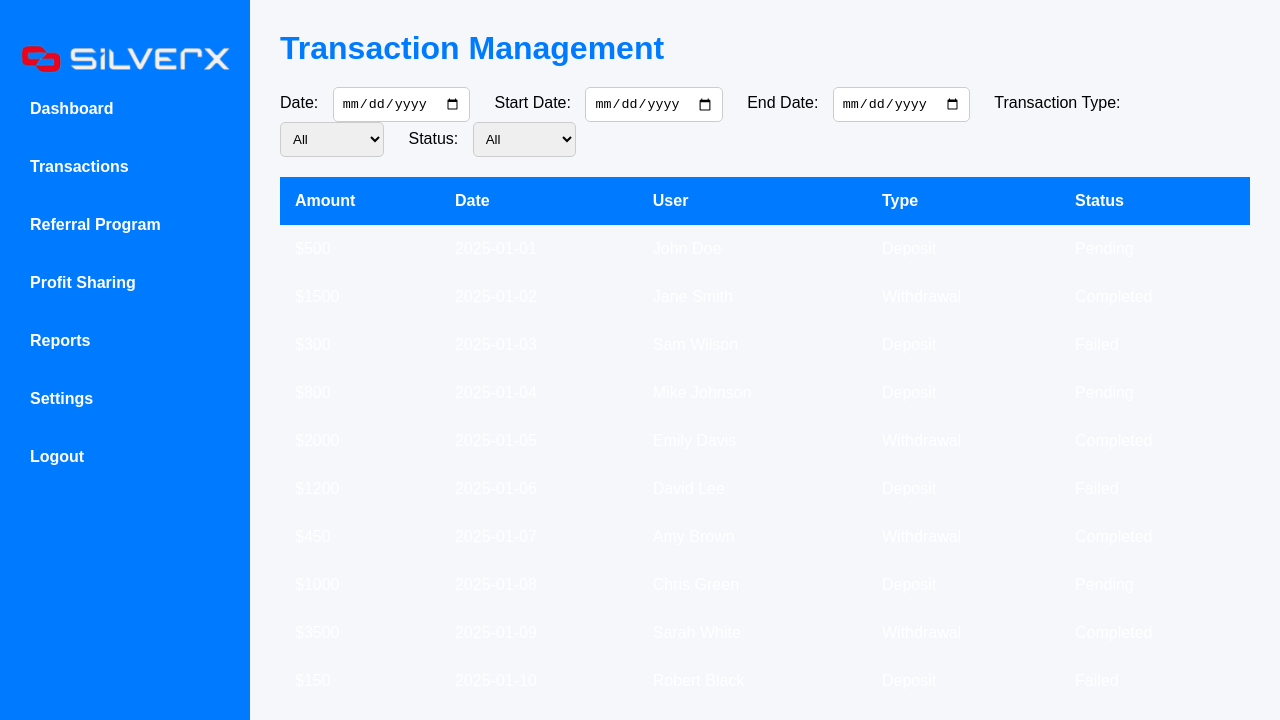
Repository: 2025silverx/slivedrX
Page: index2.html
These files come from the project's save history. The page is drawn as it stood at one moment and after the next save; the edit follows.
The browser window is 1280 px wide. The pictures show the whole page.
An inner scrolling area shows only its first screen.

Above is the page before, as saved 2025-01-19 20:24:07.

### index2.html
<!DOCTYPE html>
<html lang="en">
<head>
    <meta charset="UTF-8">
    <meta name="viewport" content="width=device-width, initial-scale=1.0">
    <title>Transaction Management - Admin Panel</title>
    <link rel="stylesheet" href="style2.css">
</head>
<body>
    <div id="sidebar-container">
        <div class="sidebar">
            <img src="images/logo.png" alt="Sidebar Logo" class="sidebar-logo">
            <ul class="sidebar-links">
                <li><a href="index.html" class="sidebar-link" data-target="dashboard">Dashboard</a></li>
                <li><a href="index2.html" class="sidebar-link" data-target="transactions">Transactions</a></li>
                <li><a href="indesx3.html" class="sidebar-link" data-target="reports">Referral Program</a></li>
                <li><a href="index4.html" class="sidebar-link" data-target="users">Profit Sharing</a></li>
                <li><a href="index5.html" class="sidebar-link" data-target="reports">Reports</a></li>
                <li><a href="setting.html" class="sidebar-link" data-target="settings">Settings</a></li>
                <li><a href="login.html" class="sidebar-link" data-target="logout">Logout</a></li>
            </ul>
        </div>
    </div>
    <div class="main-content">
        <h1>Transaction Management</h1>
        <div class="filters">
            <label>Date: </label>
            <input type="date" id="dateFilter">
            <label>Start Date: </label>
            <input type="date" id="startDateFilter">
            <label>End Date: </label>
            <input type="date" id="endDateFilter">
            <label>Transaction Type: </label>
            <select id="typeFilter">
                <option value="all">All</option>
                <option value="deposit">Deposit</option>
                <option value="withdrawal">Withdrawal</option>
            </select>
            <label>Status: </label>
            <select id="statusFilter">
                <option value="all">All</option>
                <option value="pending">Pending</option>
                <option value="completed">Completed</option>
                <option value="failed">Failed</option>
            </select>
        </div>

        <table>
            <thead>
                <tr>
                    <th>Amount</th>
                    <th>Date</th>
                    <th>User</th>
                    <th>Type</th>
                    <th>Status</th>
                </tr>
            </thead>
            <tbody id="transactionTable">
                <tr class="pending">
                    <td>$500</td>
                    <td>2025-01-01</td>
                    <td>John Doe</td>
                    <td>Deposit</td>
                    <td>Pending</td>
                </tr>
                <tr class="completed">
                    <td>$1500</td>
                    <td>2025-01-02</td>
                    <td>Jane Smith</td>
                    <td>Withdrawal</td>
                    <td>Completed</td>
                </tr>
                <tr class="failed">
                    <td>$300</td>
                    <td>2025-01-03</td>
                    <td>Sam Wilson</td>
                    <td>Deposit</td>
                    <td>Failed</td>
                </tr>
                <tr class="pending">
                    <td>$800</td>
                    <td>2025-01-04</td>
                    <td>Mike Johnson</td>
                    <td>Deposit</td>
                    <td>Pending</td>
                </tr>
                <tr class="completed">
                    <td>$2000</td>
                    <td>2025-01-05</td>
                    <td>Emily Davis</td>
                    <td>Withdrawal</td>
                    <td>Completed</td>
                </tr>
                <tr class="failed">
                    <td>$1200</td>
                    <td>2025-01-06</td>
                    <td>David Lee</td>
                    <td>Deposit</td>
                    <td>Failed</td>
                </tr>
                <tr class="completed">
                    <td>$450</td>
                    <td>2025-01-07</td>
                    <td>Amy Brown</td>
                    <td>Withdrawal</td>
                    <td>Completed</td>
                </tr>
                <tr class="pending">
                    <td>$1000</td>
                    <td>2025-01-08</td>
                    <td>Chris Green</td>
                    <td>Deposit</td>
                    <td>Pending</td>
                </tr>
                <tr class="completed">
                    <td>$3500</td>
                    <td>2025-01-09</td>
                    <td>Sarah White</td>
                    <td>Withdrawal</td>
                    <td>Completed</td>
                </tr>
                <tr class="failed">
                    <td>$150</td>
                    <td>2025-01-10</td>
                    <td>Robert Black</td>
                    <td>Deposit</td>
                    <td>Failed</td>
                </tr>
                <tr class="completed">
                    <td>$5000</td>
                    <td>2025-01-11</td>
                    <td>Jessica Blue</td>
                    <td>Withdrawal</td>
                    <td>Completed</td>
                </tr>
                <tr class="pending">
                    <td>$250</td>
                    <td>2025-01-12</td>
                    <td>Matthew Gray</td>
                    <td>Deposit</td>
                    <td>Pending</td>
                </tr>
                <tr class="failed">
                    <td>$1800</td>
                    <td>2025-01-13</td>
                    <td>Olivia Red</td>
                    <td>Withdrawal</td>
                    <td>Failed</td>
                </tr>
            </tbody>
        </table>
    </div>

    <script src="script2.js"></script>
</body>
</html>

### style2.css
/* Reset some default styles */
* {
    margin: 0;
    padding: 0;
    box-sizing: border-box;
}

/* Body and container styles */
body {
    font-family: Arial, sans-serif;
    display: flex;
    height: 100vh;
    background-color: #f5f7fa;
}
/* Sidebar styles */
.sidebar {
    width: 250px;
    background-color: #007bff;
    color: white;
    padding: 20px;
    display: flex;
    flex-direction: column;
    position: sticky;
    top: 0;
    height: 100vh;
    /* Remove any margin or padding at the side */
    margin-right: 0;
}

/* Sidebar heading */
.sidebar h2 {
    margin-bottom: 20px;
    text-align: center;
}

/* Sidebar links */
.sidebar-links {
    list-style: none;
}

.sidebar-links li {
    margin-bottom: 20px; /* Increased margin for better spacing */
}

.sidebar-links a {
    text-decoration: none;
    color: white;
    font-weight: bold;
    display: block;
    padding: 10px;
    font-size: 16px;
    transition: color 0.3s ease;
}

.sidebar-links a:hover {
    color: #f0f0f0; /* Light gray on hover */
}

.sidebar-links a:active {
    color: #ff6347; /* Red color on click */
}
/* Main content area */
.main-content {
    flex: 1;
    padding: 30px;
    overflow-y: auto;
}

h1 {
    color: #007bff;
    margin-bottom: 20px;
}

/* Filters styles */
.filters {
    margin-bottom: 20px;
}

.filters label {
    margin-right: 10px;
}

.filters input,
.filters select {
    padding: 8px;
    margin-right: 20px;
    border-radius: 5px;
    border: 1px solid #ccc;
}

/* Table styles */
table {
    width: 100%;
    border-collapse: collapse;
    margin-top: 20px;
}

th, td {
    padding: 15px;
    text-align: left;
}

th {
    background-color: #007bff;
    color: white;
}

td {
    background-color: #f5f7fa;
}

td.pending {
    background-color: #fff3cd;
}

td.completed {
    background-color: #d4edda;
}

td.failed {
    background-color: #f8d7da;
}

/* Responsive styles */
@media (max-width: 768px) {
    .sidebar {
        width: 200px;
    }

    .main-content {
        padding: 20px;
    }

    table {
        font-size: 14px;
    }

    th, td {
        padding: 10px;
    }
}

@media (max-width: 480px) {
    .sidebar {
        width: 100%;
        position: static;
    }

    .main-content {
        margin-top: 20px;
    }

    table {
        font-size: 12px;
    }
}
/* Status label styling */
.status-label {
    display: inline-block;
    padding: 5px 10px;
    border-radius: 5px;
    font-weight: bold;
    text-transform: capitalize;
}

.pending {
    background-color: #ffcc00; /* Yellow */
    color: #ffffff;
}

.completed {
    background-color: #28a745; /* Green */
    color: #ffffff;
}

.failed {
    background-color: #dc3545; /* Red */
    color: #ffffff;
}

### script2.js
// Function to apply the filters to the table rows
function filterTransactions() {
    const dateFilter = document.getElementById("dateFilter").value;
    const typeFilter = document.getElementById("typeFilter").value;
    const statusFilter = document.getElementById("statusFilter").value;
    const rows = document.querySelectorAll("#transactionTable tr");

    rows.forEach(row => {
        const date = row.cells[1].innerText;
        const type = row.cells[3].innerText.toLowerCase();
        const status = row.cells[4].innerText.toLowerCase();

        let isVisible = true;

        // Apply Date filter
        if (dateFilter && date !== dateFilter) {
            isVisible = false;
        }

        // Apply Type filter
        if (typeFilter !== "all" && type !== typeFilter) {
            isVisible = false;
        }

        // Apply Status filter
        if (statusFilter !== "all" && status !== statusFilter) {
            isVisible = false;
        }

        // Show or hide the row based on the filters
        if (isVisible) {
            row.style.display = "";
        } else {
            row.style.display = "none";
        }
    });
}

// Event listeners for filters
document.getElementById("dateFilter").addEventListener("input", filterTransactions);
document.getElementById("typeFilter").addEventListener("change", filterTransactions);
document.getElementById("statusFilter").addEventListener("change", filterTransactions);

// Initial call to filter transactions based on the current filter settings
filterTransactions();

After the next save:
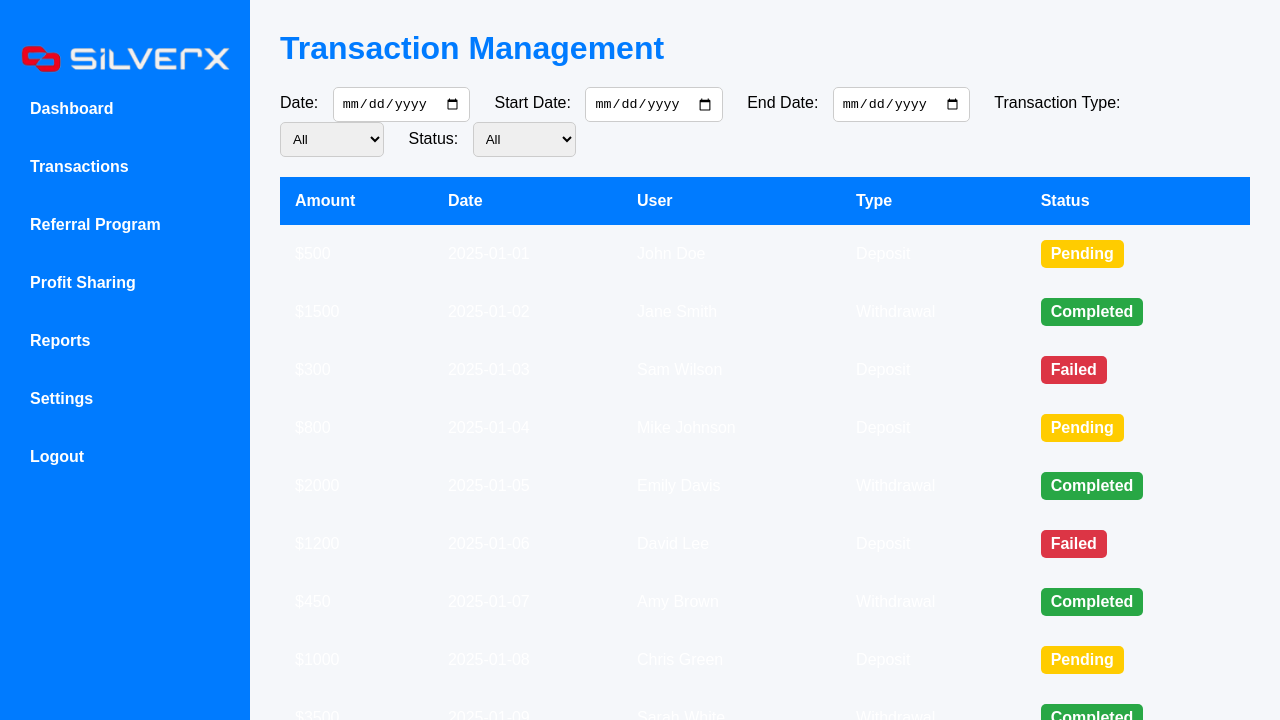
Saved 2 min 39 s later.
--- a/index2.html
+++ b/index2.html
@@ -61,93 +61,94 @@
                     <td>2025-01-01</td>
                     <td>John Doe</td>
                     <td>Deposit</td>
-                    <td>Pending</td>
+                    <td><span class="status-label pending">Pending</span></td>
                 </tr>
                 <tr class="completed">
                     <td>$1500</td>
                     <td>2025-01-02</td>
                     <td>Jane Smith</td>
                     <td>Withdrawal</td>
-                    <td>Completed</td>
+                    <td><span class="status-label completed">Completed</span></td>
                 </tr>
                 <tr class="failed">
                     <td>$300</td>
                     <td>2025-01-03</td>
                     <td>Sam Wilson</td>
                     <td>Deposit</td>
-                    <td>Failed</td>
+                    <td><span class="status-label failed">Failed</span></td>
                 </tr>
                 <tr class="pending">
                     <td>$800</td>
                     <td>2025-01-04</td>
                     <td>Mike Johnson</td>
                     <td>Deposit</td>
-                    <td>Pending</td>
+                    <td><span class="status-label pending">Pending</span></td>
                 </tr>
                 <tr class="completed">
                     <td>$2000</td>
                     <td>2025-01-05</td>
                     <td>Emily Davis</td>
                     <td>Withdrawal</td>
-                    <td>Completed</td>
+                    <td><span class="status-label completed">Completed</span></td>
                 </tr>
                 <tr class="failed">
                     <td>$1200</td>
                     <td>2025-01-06</td>
                     <td>David Lee</td>
                     <td>Deposit</td>
-                    <td>Failed</td>
+                    <td><span class="status-label failed">Failed</span></td>
                 </tr>
                 <tr class="completed">
                     <td>$450</td>
                     <td>2025-01-07</td>
                     <td>Amy Brown</td>
                     <td>Withdrawal</td>
-                    <td>Completed</td>
+                    <td><span class="status-label completed">Completed</span></td>
                 </tr>
                 <tr class="pending">
                     <td>$1000</td>
                     <td>2025-01-08</td>
                     <td>Chris Green</td>
                     <td>Deposit</td>
-                    <td>Pending</td>
+                    <td><span class="status-label pending">Pending</span></td>
                 </tr>
                 <tr class="completed">
                     <td>$3500</td>
                     <td>2025-01-09</td>
                     <td>Sarah White</td>
                     <td>Withdrawal</td>
-                    <td>Completed</td>
+                    <td><span class="status-label completed">Completed</span></td>
                 </tr>
                 <tr class="failed">
                     <td>$150</td>
                     <td>2025-01-10</td>
                     <td>Robert Black</td>
                     <td>Deposit</td>
-                    <td>Failed</td>
+                    <td><span class="status-label failed">Failed</span></td>
                 </tr>
                 <tr class="completed">
                     <td>$5000</td>
                     <td>2025-01-11</td>
                     <td>Jessica Blue</td>
                     <td>Withdrawal</td>
-                    <td>Completed</td>
+                    <td><span class="status-label completed">Completed</span></td>
                 </tr>
                 <tr class="pending">
                     <td>$250</td>
                     <td>2025-01-12</td>
                     <td>Matthew Gray</td>
                     <td>Deposit</td>
-                    <td>Pending</td>
+                    <td><span class="status-label pending">Pending</span></td>
                 </tr>
                 <tr class="failed">
                     <td>$1800</td>
                     <td>2025-01-13</td>
                     <td>Olivia Red</td>
                     <td>Withdrawal</td>
-                    <td>Failed</td>
+                    <td><span class="status-label failed">Failed</span></td>
                 </tr>
             </tbody>
+
         </table>
     </div>
 

After the 2 saves that followed:
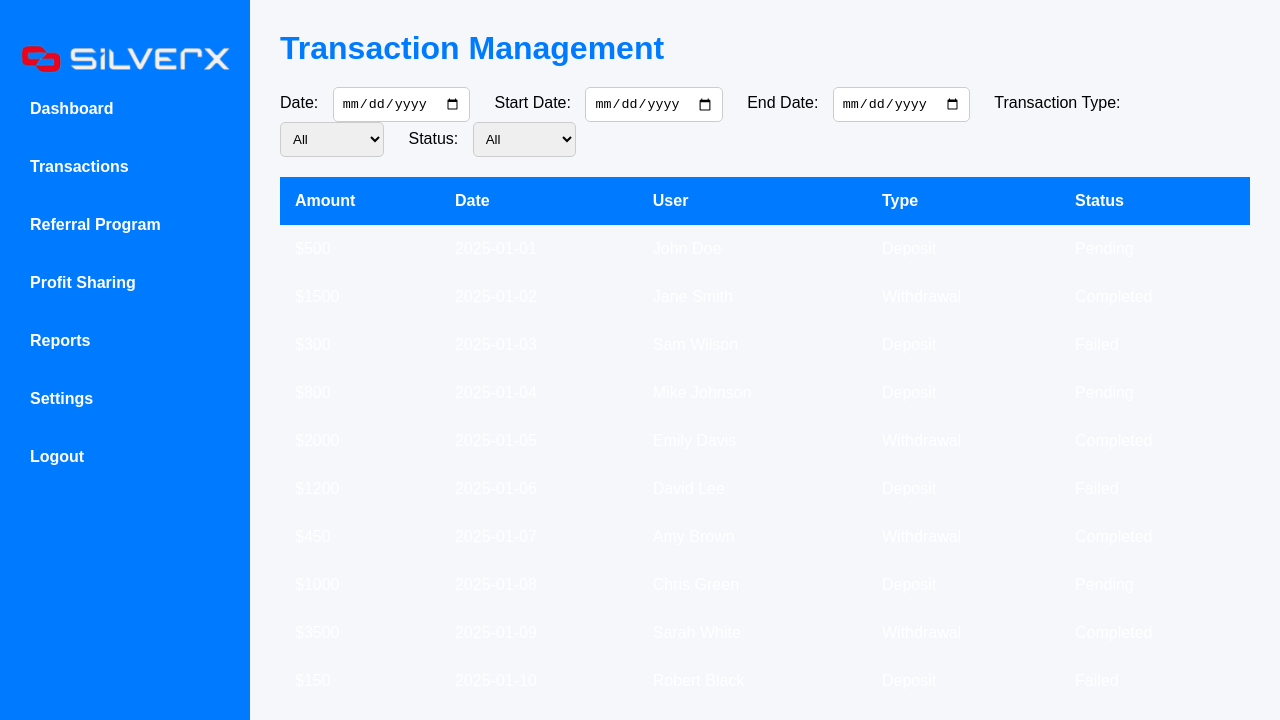
The 2 saves are shown as one change because they came seconds apart.
The last was saved 77 s later.
--- a/index2.html
+++ b/index2.html
@@ -61,94 +61,93 @@
                     <td>2025-01-01</td>
                     <td>John Doe</td>
                     <td>Deposit</td>
-                    <td><span class="status-label pending">Pending</span></td>
+                    <td>Pending</td>
                 </tr>
                 <tr class="completed">
                     <td>$1500</td>
                     <td>2025-01-02</td>
                     <td>Jane Smith</td>
                     <td>Withdrawal</td>
-                    <td><span class="status-label completed">Completed</span></td>
+                    <td>Completed</td>
                 </tr>
                 <tr class="failed">
                     <td>$300</td>
                     <td>2025-01-03</td>
                     <td>Sam Wilson</td>
                     <td>Deposit</td>
-                    <td><span class="status-label failed">Failed</span></td>
+                    <td>Failed</td>
                 </tr>
                 <tr class="pending">
                     <td>$800</td>
                     <td>2025-01-04</td>
                     <td>Mike Johnson</td>
                     <td>Deposit</td>
-                    <td><span class="status-label pending">Pending</span></td>
+                    <td>Pending</td>
                 </tr>
                 <tr class="completed">
                     <td>$2000</td>
                     <td>2025-01-05</td>
                     <td>Emily Davis</td>
                     <td>Withdrawal</td>
-                    <td><span class="status-label completed">Completed</span></td>
+                    <td>Completed</td>
                 </tr>
                 <tr class="failed">
                     <td>$1200</td>
                     <td>2025-01-06</td>
                     <td>David Lee</td>
                     <td>Deposit</td>
-                    <td><span class="status-label failed">Failed</span></td>
+                    <td>Failed</td>
                 </tr>
                 <tr class="completed">
                     <td>$450</td>
                     <td>2025-01-07</td>
                     <td>Amy Brown</td>
                     <td>Withdrawal</td>
-                    <td><span class="status-label completed">Completed</span></td>
+                    <td>Completed</td>
                 </tr>
                 <tr class="pending">
                     <td>$1000</td>
                     <td>2025-01-08</td>
                     <td>Chris Green</td>
                     <td>Deposit</td>
-                    <td><span class="status-label pending">Pending</span></td>
+                    <td>Pending</td>
                 </tr>
                 <tr class="completed">
                     <td>$3500</td>
                     <td>2025-01-09</td>
                     <td>Sarah White</td>
                     <td>Withdrawal</td>
-                    <td><span class="status-label completed">Completed</span></td>
+                    <td>Completed</td>
                 </tr>
                 <tr class="failed">
                     <td>$150</td>
                     <td>2025-01-10</td>
                     <td>Robert Black</td>
                     <td>Deposit</td>
-                    <td><span class="status-label failed">Failed</span></td>
+                    <td>Failed</td>
                 </tr>
                 <tr class="completed">
                     <td>$5000</td>
                     <td>2025-01-11</td>
                     <td>Jessica Blue</td>
                     <td>Withdrawal</td>
-                    <td><span class="status-label completed">Completed</span></td>
+                    <td>Completed</td>
                 </tr>
                 <tr class="pending">
                     <td>$250</td>
                     <td>2025-01-12</td>
                     <td>Matthew Gray</td>
                     <td>Deposit</td>
-                    <td><span class="status-label pending">Pending</span></td>
+                    <td>Pending</td>
                 </tr>
                 <tr class="failed">
                     <td>$1800</td>
                     <td>2025-01-13</td>
                     <td>Olivia Red</td>
                     <td>Withdrawal</td>
-                    <td><span class="status-label failed">Failed</span></td>
+                    <td>Failed</td>
                 </tr>
             </tbody>
-
         </table>
     </div>
 
